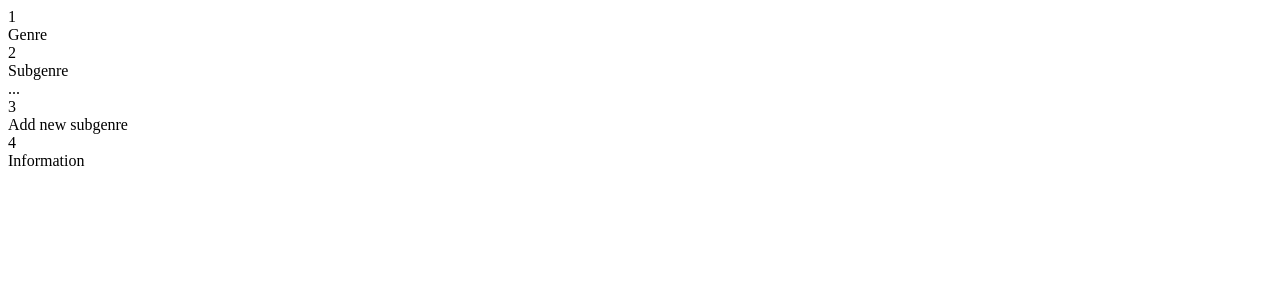
Repository: GregorPiev/angularjs-add-book
Page: app/main/component/main.template.html
These files come from the project's save history. The page is drawn as it stood at one moment and after the next save; the edit follows.
The browser window is 1280 px wide. The pictures show the whole page.

Above is the page before, as saved 2020-09-23 22:33:49.

### app/main/component/main.template.html
<div class="container-fluid">
	<div class="row">
		<div class="col-md-10 col-md-offset-1 text-center block-step">
			<div class="line" ng-class="{'step-display': step==5}"></div>
			<div class="step" ng-class="{'step-display': step==5}">
				<div class="step-number" ng-class="{'step-choosed': step==1}">1</div>
				Genre
			</div>
			<div class="step" ng-class="{'step-display': step==5}">
				<div class="step-number" ng-class="{'step-choosed': step==2}">2</div>
				Subgenre
			</div>

			<div
				class="step"
				ng-class="{'step-display': step==5 || step==3 || step==4}"
			>
				<div class="step-number">...</div>
			</div>

			<div
				class="step"
				ng-class="{'step-display': step==5 || step==1 || step==2}"
			>
				<div class="step-number" ng-class="{'step-choosed': step==3}">3</div>
				Add new subgenre
			</div>

			<div
				class="step"
				ng-class="{'step-display': step==5 || step==1 || step==2}"
			>
				<div class="step-number" ng-class="{'step-choosed': step==4}">4</div>
				Information
			</div>
		</div>

		<div class="col-md-10 col-md-offset-1 text-center">
			<div ng-view></div>
		</div>
	</div>
</div>

After the next save:
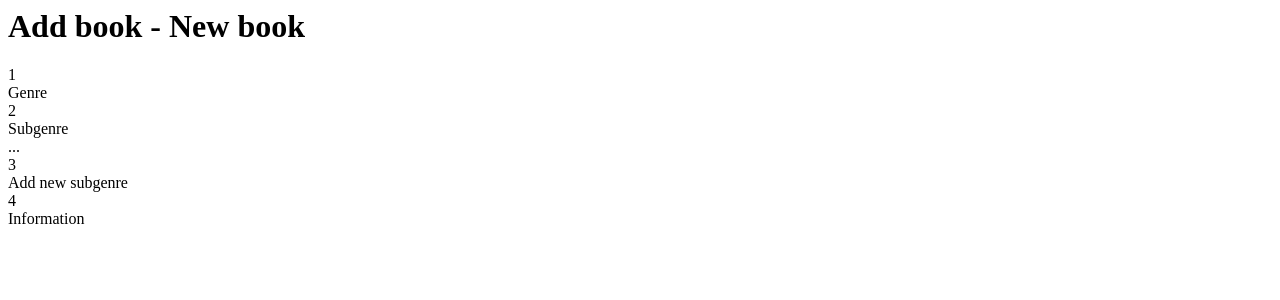
Saved 3 min 44 s later.
--- a/app/main/component/main.template.html
+++ b/app/main/component/main.template.html
@@ -1,4 +1,7 @@
 <div class="container-fluid">
+	<div class="row">
+		<h1>Add book - New book</h1>
+	</div>
 	<div class="row">
 		<div class="col-md-10 col-md-offset-1 text-center block-step">
 			<div class="line" ng-class="{'step-display': step==5}"></div>
